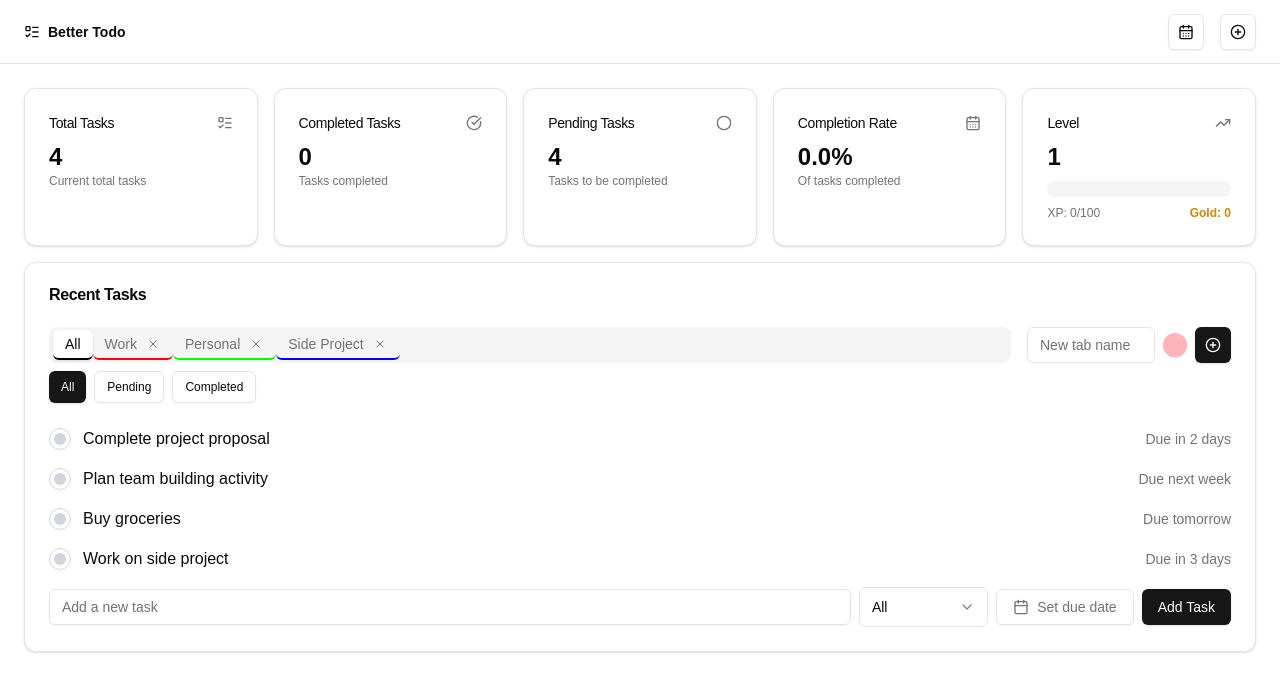
Repository: malikbarbier7/better-todo
Page: /dashboard
The author's editor kept a copy of each file at every save. The page is drawn from the files as they stood at one save, then again after the next save.
The browser window is 1280 px wide. The pictures show the whole page.
The project was rebuilt for these pictures with package versions that can differ from the ones it lists, and the page was loaded fresh each time. The framework's server and built-in components were replaced by stand-ins that run in the browser. Also part of the build but not shown: next.config.js, next.config.mjs, components/ui/calendar.tsx.

Above is the page before, as saved 2024-10-04 14:18:27.

After the next save:
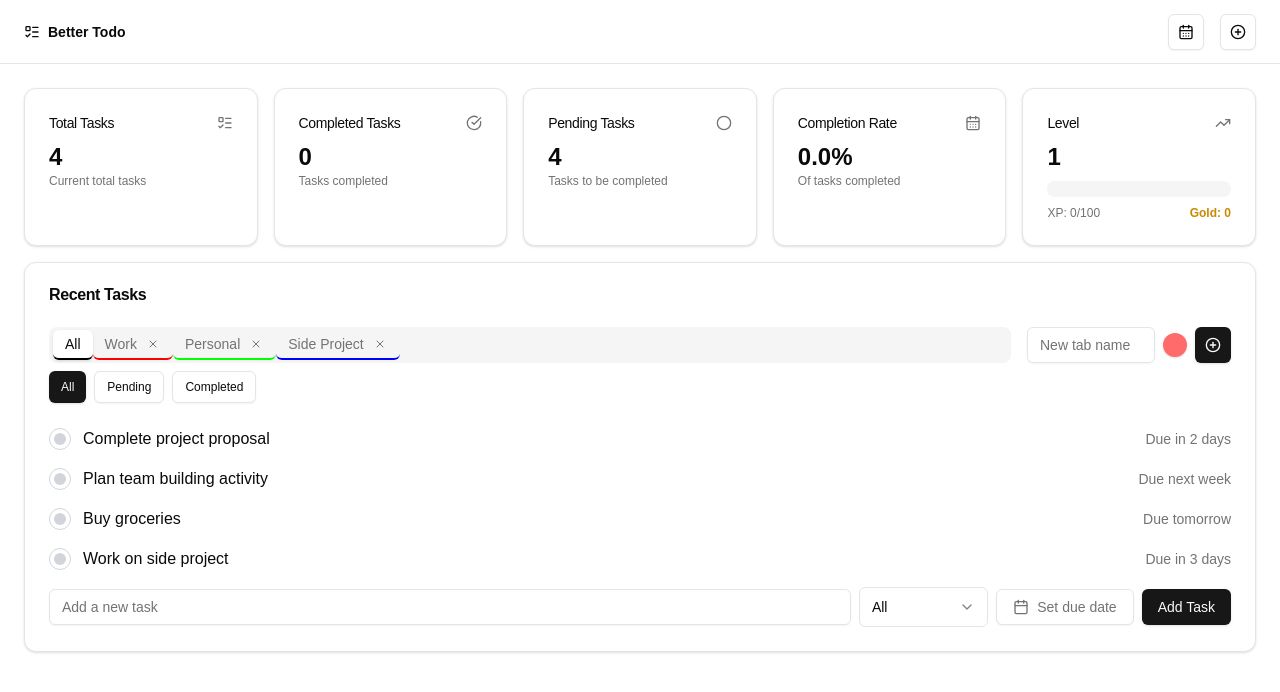
Saved 49 s later.
--- a/components/dashboard.tsx
+++ b/components/dashboard.tsx
@@ -24,14 +24,14 @@ import { format } from "date-fns"
 import { cn } from "@/lib/utils"
 
 const pasteColors = [
-  '#FFB3BA', // Rose pâle
-  '#BAFFC9', // Vert pâle
-  '#BAE1FF', // Bleu pâle
-  '#FFFFBA', // Jaune pâle
-  '#FFD9BA', // Orange pâle
-  '#E0BBE4', // Lavande pâle
-  '#D4F0F0', // Turquoise pâle
-  '#FFC6FF', // Magenta pâle
+  '#FF6B6B', // Rouge légèrement pâle
+  '#4ECDC4', // Turquoise (bleu-vert) légèrement pâle
+  '#FFD93D', // Jaune légèrement pâle
+  '#6BCB77', // Vert légèrement pâle
+  '#4D96FF', // Bleu légèrement pâle
+  '#FF9A8B', // Orange-rose légèrement pâle
+  '#9B59B6', // Violet légèrement pâle
+  '#FF8C00', // Orange légèrement pâle
 ];
 
 export function Dashboard() {
